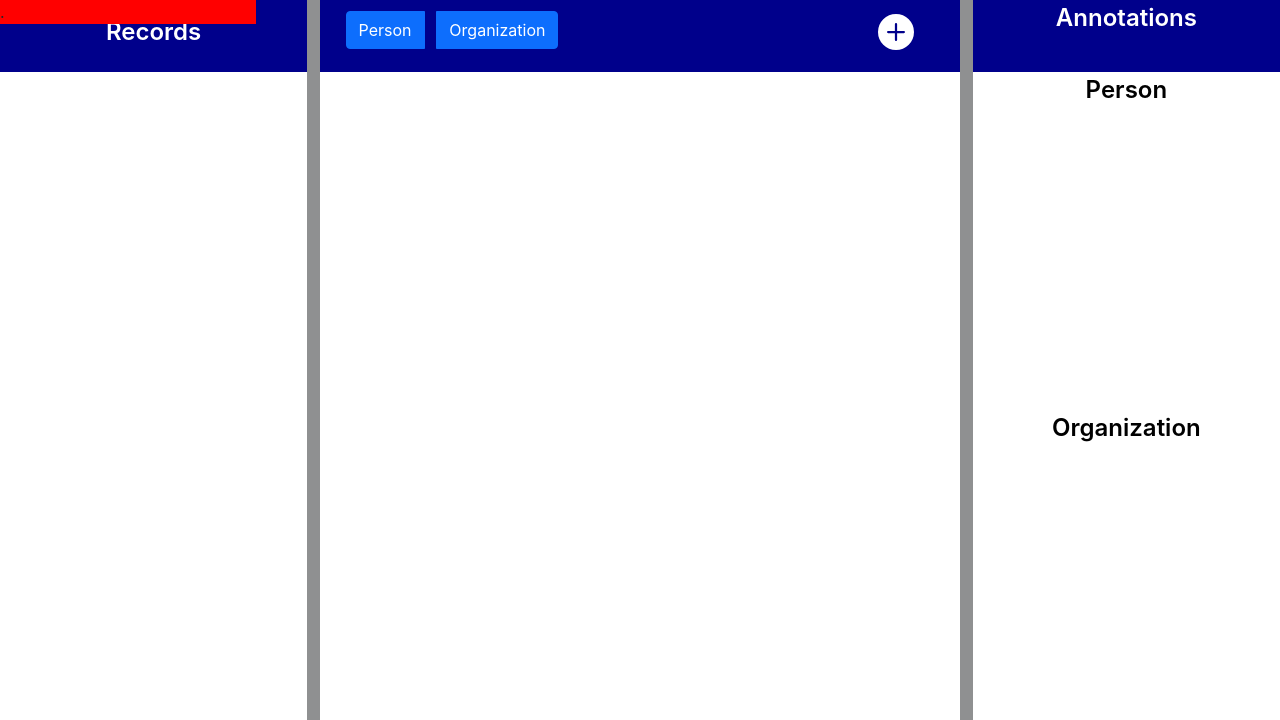
Repository: napan24/classforma_assignment
Page: / (app in client/)
An editor plug-in stored every save of this project. The page is shown before and after the next save, followed by the edit.
The browser window is 1280 px wide. The pictures show the whole page.
The project was rebuilt for these pictures with package versions that can differ from the ones it lists, and the page was loaded fresh each time. Also part of the build but not shown: client/src/App.css.

Above is the page before, as saved 2022-07-20 16:37:46.

### client/public/index.html
<!DOCTYPE html>
<html lang="en">
  <head>
    <meta charset="utf-8" />
    <link rel="icon" href="%PUBLIC_URL%/favicon.ico" />
    <meta name="viewport" content="width=device-width, initial-scale=1" />
    <meta name="theme-color" content="#000000" />
    <meta
      name="description"
      content="Web site created using create-react-app"
    />
    <link href="https://cdn.jsdelivr.net/npm/bootstrap@5.1.3/dist/css/bootstrap.min.css" rel="stylesheet" integrity="sha384-1BmE4kWBq78iYhFldvKuhfTAU6auU8tT94WrHftjDbrCEXSU1oBoqyl2QvZ6jIW3" crossorigin="anonymous">
    <link rel="apple-touch-icon" href="%PUBLIC_URL%/logo192.png" />
    <!--
      manifest.json provides metadata used when your web app is installed on a
      user's mobile device or desktop. See https://developers.google.com/web/fundamentals/web-app-manifest/
    -->
    <link rel="manifest" href="%PUBLIC_URL%/manifest.json" />
    <!--
      Notice the use of %PUBLIC_URL% in the tags above.
      It will be replaced with the URL of the `public` folder during the build.
      Only files inside the `public` folder can be referenced from the HTML.

      Unlike "/favicon.ico" or "favicon.ico", "%PUBLIC_URL%/favicon.ico" will
      work correctly both with client-side routing and a non-root public URL.
      Learn how to configure a non-root public URL by running `npm run build`.
    -->
    <title>React App</title>
  </head>
  <body>
    <noscript>You need to enable JavaScript to run this app.</noscript>
    <div id="root"></div>
    <!--
      This HTML file is a template.
      If you open it directly in the browser, you will see an empty page.

      You can add webfonts, meta tags, or analytics to this file.
      The build step will place the bundled scripts into the <body> tag.

      To begin the development, run `npm start` or `yarn start`.
      To create a production bundle, use `npm run build` or `yarn build`.
    -->
    <script src="https://cdn.jsdelivr.net/npm/bootstrap@5.1.3/dist/js/bootstrap.bundle.min.js" integrity="sha384-ka7Sk0Gln4gmtz2MlQnikT1wXgYsOg+OMhuP+IlRH9sENBO0LRn5q+8nbTov4+1p" crossorigin="anonymous"></script>
  </body>
</html>

### client/src/App.js
import logo from './logo.svg';
import './App.css';
import Home from './Home';

function App() {
  return (
    <>
      <Home></Home>
    </>
  );
}

export default App;

### client/src/Home.js
'strict origin'
import React, { useState, useEffect } from 'react'
const Home = () => {
    const [textField, setTextField] = useState();
    const [person, setPerson] = useState();
    const [place, setPlace] = useState();
    const [personName, setPersonName] = useState(['']);
    const [placeName, setPlaceName] = useState(['']);
    useEffect(() => {
        if (textField) {
            trending();
        }
    }, [textField])
    const trending = async () => {
        const res = await fetch("/", {
            method: 'POST',
            headers: {
                "Content-Type": "application/json"
            },
            body: JSON.stringify({ textField })
        });
        const result = await res.json();
        console.log(result);
        setPerson(result.filter((arr) => arr.type == 'Person'));
        setPlace(result.filter((arr) => arr.type[0] == 'Place'||arr.type[0] == 'PopulatedPlace'||arr.type[0] == 'Settlement'||arr.type[0] == 'City'));
    };
    useEffect(() => {
        setPersonName(['']);
        if (person) {
            person.forEach(function (arrayItem) {
                setPersonName(curr => [...curr, arrayItem.entityId]);
            });
        }
    }, [person])
    useEffect(() => {
        setPlaceName(['']);
        if (place) {
            console.log(place);
            place.forEach(function (arrayItem) {
                setPlaceName(curr => [...curr, arrayItem.entityId]);
            });
        }
    }, [place])
    const showFile = async (e) => {
        e.preventDefault()
        const reader = new FileReader()
        reader.onload = async (e) => {
            const text = (e.target.result)
            setTextField(text);
        };
        reader.readAsText(e.target.files[0])
    }
    function replace(e) {
        var data = e.currentTarget.parentElement.querySelector('.userName').innerHTML;
        setTextField(textField.replace(data, ''));
    }
    return (
        <>
        <div style={{width:"20vh",width:"20vw",backgroundColor:"red",position:"absolute",zIndex:'2'}}>
            .
        </div>
            <div style={{ display: 'flex', width: "100vw", height: "100vh", backgroundColor: "#8f9091", overflow: "hidden" }}>
                <div style={{ width: "24vw", height: "100vh", backgroundColor: "white", marginRight: "1vw" }}>
                    <div style={{ width: "24vw", height: "10vh", backgroundColor: "#00008b", textAlign: 'center', fontSize: '150%', color: "white", fontWeight: "600", position: "fixed" }}>
                        <p style={{ marginTop: "2vh" }}>
                            Records
                        </p>
                    </div>
                    <div>

                    </div>
                </div>
                <div style={{ width: "50vw", height: "100vh", backgroundColor: "white", marginRight: "1vw", overflowY: "unset" }}>
                    <div style={{ width: "50vw", height: "10vh", backgroundColor: "#00008b", position: 'relative', overflowY: 'hidden' }}>
                        <div class="btn-group" style={{ marginTop: "1.5vh", marginLeft: "2vw" }}>
                            <button type="button" class="btn btn-primary" style={{ marginRight: "1vw" }}>Person</button>
                            <button type="button" class="btn btn-primary">Organization</button>
                        </div>
                        <label for="file">
                            <svg style={{ width: "20%", height: "50%", position: "absolute", right: "0", top: "2vh", color: "white" }} xmlns="http://www.w3.org/2000/svg" fill="currentColor" class="bi bi-plus-circle-fill" viewBox="0 0 16 16">
                                <path d="M16 8A8 8 0 1 1 0 8a8 8 0 0 1 16 0zM8.5 4.5a.5.5 0 0 0-1 0v3h-3a.5.5 0 0 0 0 1h3v3a.5.5 0 0 0 1 0v-3h3a.5.5 0 0 0 0-1h-3v-3z" />
                            </svg>
                        </label>
                        <input type="file" id="file" onChange={(e) => showFile(e)} style={{ display: "none" }} />
                    </div>
                    <div style={{ width: "48vw", height: "85vh", marginLeft: "2vw", marginTop: "5vh", overflowY: "scroll" }}>
                        {textField}
                    </div>
                </div>
                <div style={{ width: "24vw", height: "100vh", backgroundColor: "white" }}>
                    <div style={{ width: "24vw", height: "10vh", backgroundColor: "#00008b", textAlign: 'center', fontSize: '150%', color: "white", fontWeight: "600" }}>
                        <p>
                            Annotations
                        </p>
                    </div>
                    <div style={{ width: "24vw", height: "5vh", backgroundColor: "white", textAlign: 'center', fontSize: '150%', color: "black", fontWeight: "600",marginBottom:"2vh" }}>
                        <p>
                            Person
                        </p>
                    </div>
                    <div style={{ maxWidth: "24vw", height: "40vh", backgroundColor: "white", textAlign: 'center', fontSize: '150%', color: "black", fontWeight: "600", zIndex: "2", overflowY: "scroll", overflowX: "hidden" }}>
                        {personName && personName.map((user) => (
                            user.length > 0 && <div style={{ width: "24vw", color: "black", height: "3vh", fontSize: "2vh", position: 'relative', borderBottom: '1px solid black' }}>
                                <span className='userName' style={{ width: "12vw" }}>
                                    {user}
                                </span>
                                <svg onClick={(e) => { replace(e) }} style={{ width: "3.5vw", height: "3.5vh", position: 'absolute', right: "0vw", top: "0vh" }} xmlns="http://www.w3.org/2000/svg" style={{ height: "3vh", width: "2vw", color: 'red' }} fill="currentColor" class="bi bi-x" viewBox="0 0 16 16">
                                    <path d="M4.646 4.646a.5.5 0 0 1 .708 0L8 7.293l2.646-2.647a.5.5 0 0 1 .708.708L8.707 8l2.647 2.646a.5.5 0 0 1-.708.708L8 8.707l-2.646 2.647a.5.5 0 0 1-.708-.708L7.293 8 4.646 5.354a.5.5 0 0 1 0-.708z" />
                                </svg>
                            </div>
                        ))}
                    </div>
                    <div style={{ width: "24vw", height: "5vh", backgroundColor: "white", textAlign: 'center', fontSize: '150%', color: "black", fontWeight: "600",marginBottom:"2vh" }}>
                        <p>
                            Organization
                        </p>
                    </div>
                    <div style={{ width: "24vw", height: "40vh", backgroundColor: "white", textAlign: 'center', fontSize: '150%', color: "black", fontWeight: "600", overflowY: "scroll" }}>
                        {placeName && placeName.map((user) => (
                            user.length > 0 && <div style={{ width: "24vw", color: "black", height: "3vh", fontSize: "2vh", position: 'relative', borderBottom: '1px solid black' }}>
                                <span className='userName' style={{ width: "12vw" }}>
                                    {user}
                                </span>
                                <svg onClick={(e) => { replace(e) }} style={{ width: "3.5vw", height: "3.5vh", position: 'absolute', right: "0vw", top: "0vh" }} xmlns="http://www.w3.org/2000/svg" style={{ height: "3vh", width: "2vw", color: 'red' }} fill="currentColor" class="bi bi-x" viewBox="0 0 16 16">
                                    <path d="M4.646 4.646a.5.5 0 0 1 .708 0L8 7.293l2.646-2.647a.5.5 0 0 1 .708.708L8.707 8l2.647 2.646a.5.5 0 0 1-.708.708L8 8.707l-2.646 2.647a.5.5 0 0 1-.708-.708L7.293 8 4.646 5.354a.5.5 0 0 1 0-.708z" />
                                </svg>
                            </div>
                        ))}
                    </div>
                </div>
            </div>
        </>
    )
}

export default Home

Loaded but not shown: client/src/index.js (common file); client/src/index.css (common file); client/src/reportWebVitals.js (common file)

After the next save:
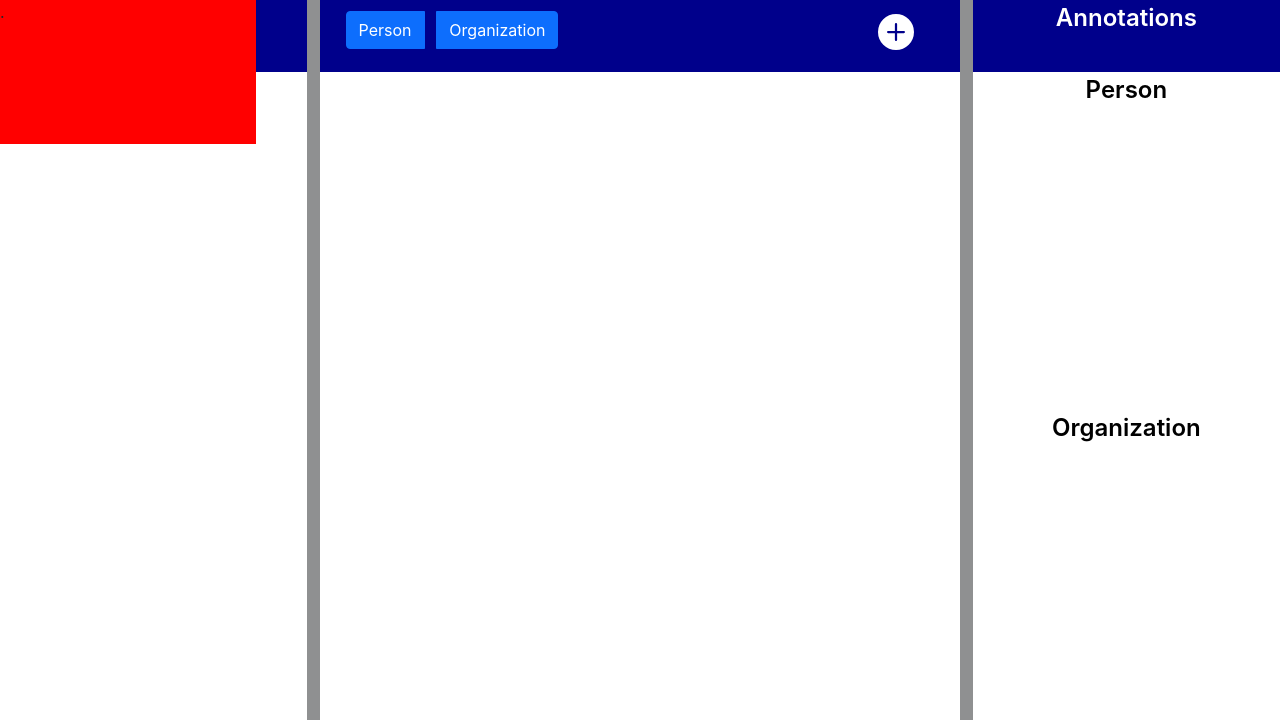
Saved 15 s later.
--- a/client/src/Home.js
+++ b/client/src/Home.js
@@ -56,7 +56,7 @@ const Home = () => {
     }
     return (
         <>
-        <div style={{width:"20vh",width:"20vw",backgroundColor:"red",position:"absolute",zIndex:'2'}}>
+        <div style={{height:"20vh",width:"20vw",backgroundColor:"red",position:"absolute",zIndex:'2'}}>
             .
         </div>
             <div style={{ display: 'flex', width: "100vw", height: "100vh", backgroundColor: "#8f9091", overflow: "hidden" }}>
